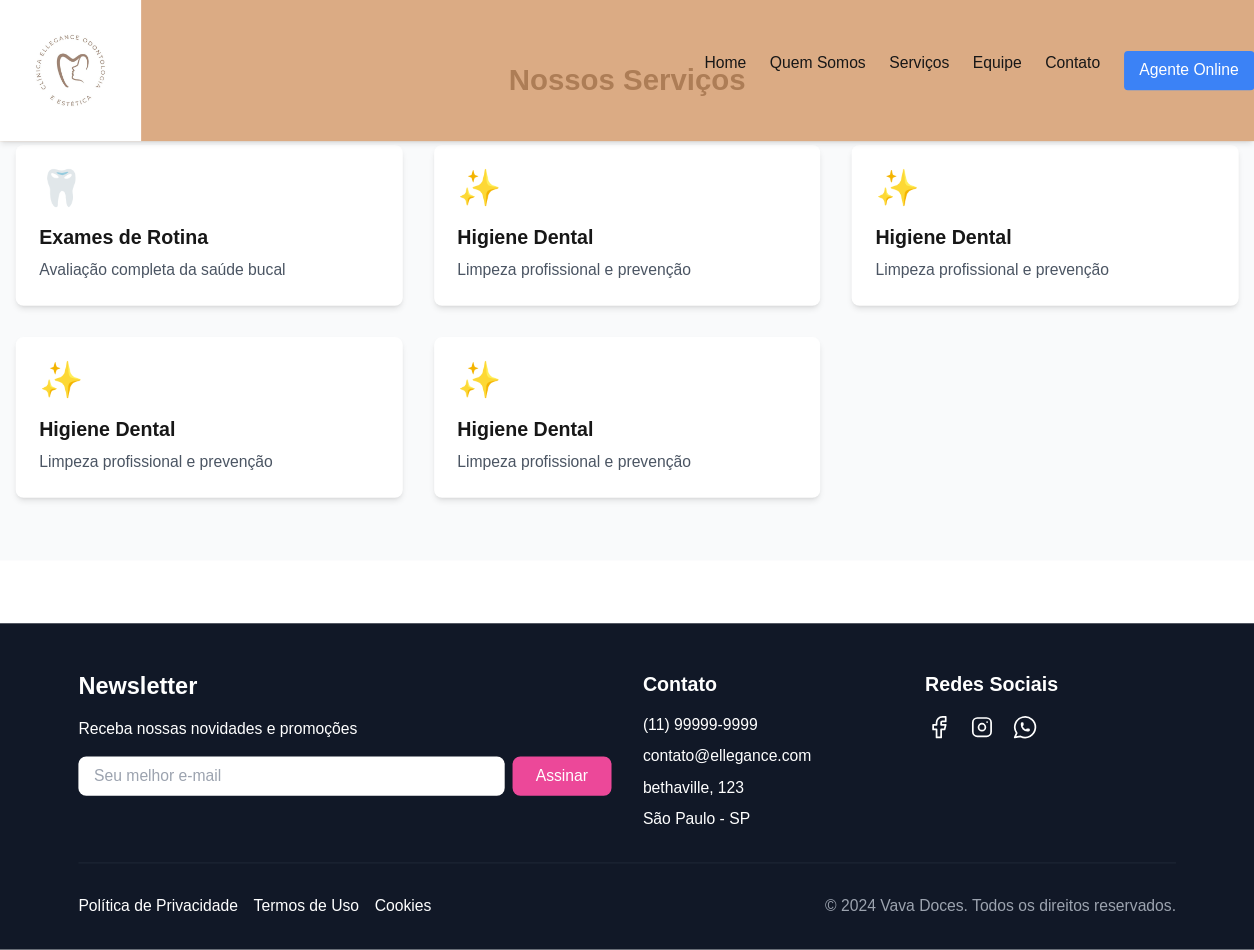
Repository: francisguitt/ellegance_odontologia
Page: /services_
An editor plug-in stored every save of this project. The page is shown before and after a run of saves, followed by the edit.
The browser window is 1280 px wide. The pictures show the whole page, at 98% of full size.
The project was rebuilt for these pictures with package versions that can differ from the ones it lists, and the page was loaded fresh each time. The framework's server and built-in components were replaced by stand-ins that run in the browser. Also part of the build but not shown: next.config.mjs.

Above is the page before, as saved 2025-02-22 11:35:08.

After the next 2 saves:
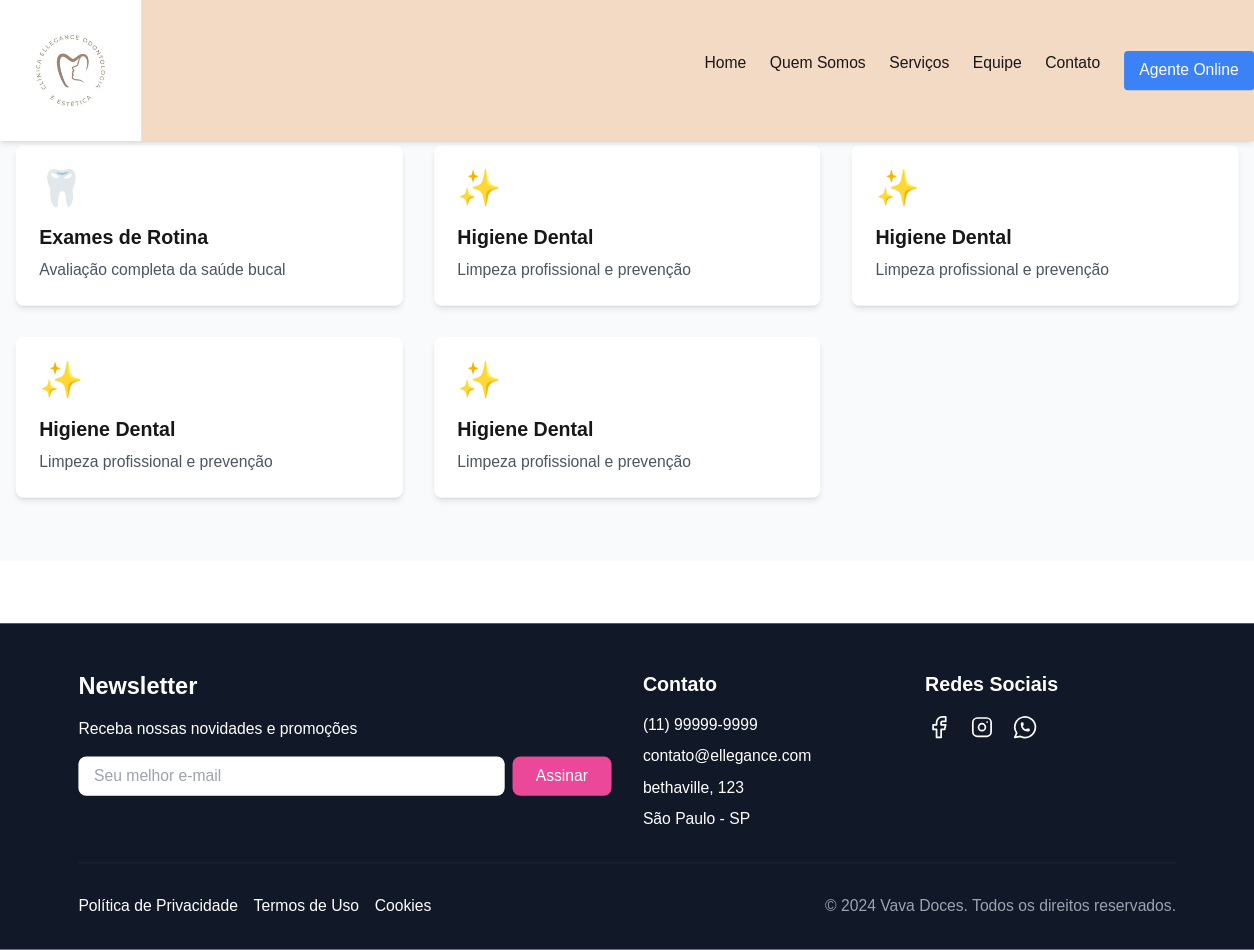
The 2 saves are shown as one change because they came seconds apart.
The last was saved 30 s later.
--- a/src/app/globals.css
+++ b/src/app/globals.css
@@ -3,7 +3,7 @@
 @tailwind utilities;
 
 :root {
-  --primary-color: #d49867cc;
+  --primary-color: #f3dac5;
   --secundary-color: #ffd079;
   --background: #ffffff;
   --foreground: #171717;
